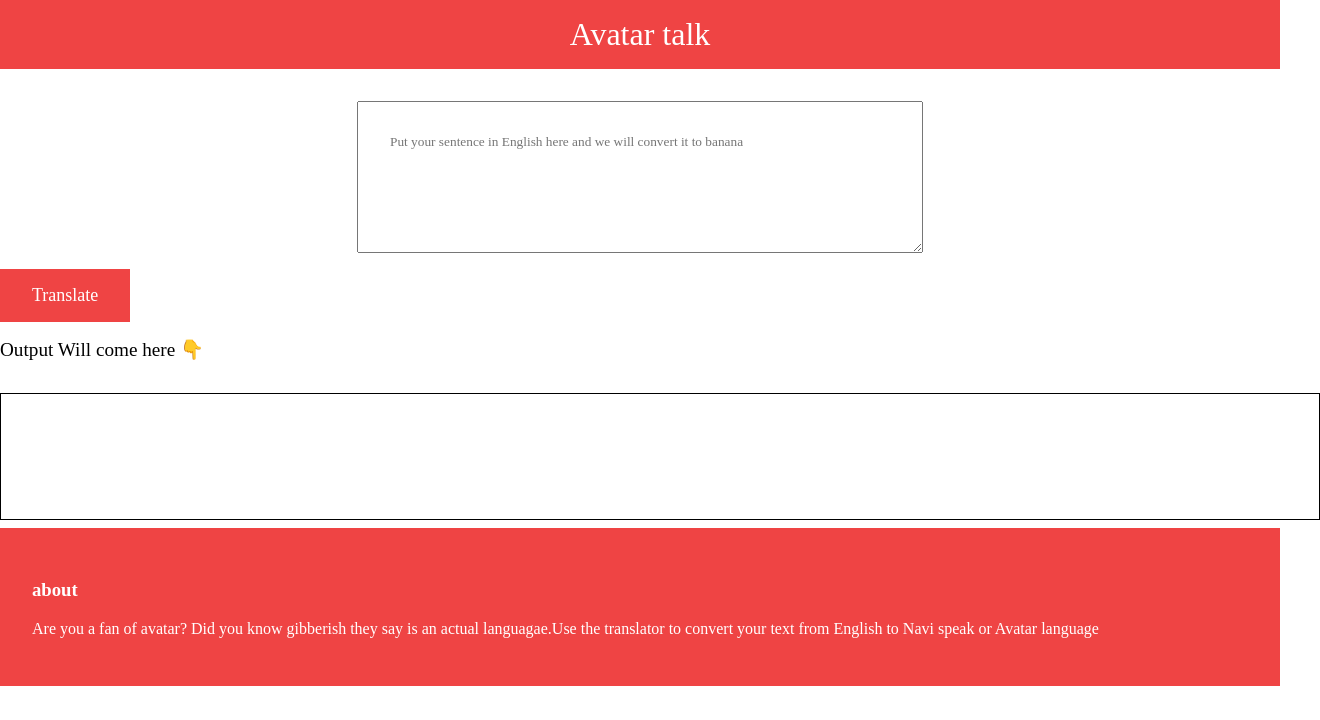
Repository: sohan2503001/Avator-speak
Page: index.html
The author's editor kept a copy of each file at every save. The page is drawn from the files as they stood at one save, then again after a run of saves.
The browser window is 1280 px wide. The page is 1320 px wide, then 1280 px, so the pictures cover 1320 px, including what lies to the right of the window. The pictures show the whole page.

Above is the page before, as saved 2021-04-21 12:07:39.

### index.html
<!DOCTYPE html>
<html lang="en">

<head>
    <meta charset="UTF-8">
    <meta http-equiv="X-UA-Compatible" content="IE=edge">
    <meta name="viewport" content="width=device-width, initial-scale=1.0">
    <title>Avatar Speak</title>
    <link rel="stylesheet" href="style.css">
</head>

<body>
    <nav>
        <div class="head">Avatar talk</div>
    </nav>

    <main>
        <textarea id="txt-input"
            placeholder="Put your sentence in English here and we will convert it to banana"></textarea>
        <button id="btn-translate">Translate</button>
        <div style="font-size: larger;">Output Will come here 👇</div>
        <div id="output"></div>
    </main>


    <footer class="footer">
        <h3 class="footer-head">about</h3>
        <p class="footer-p">Are you a fan of avatar? Did you know gibberish they
            say is an actual languagae.Use the translator to convert
            your text from English to Navi speak or Avatar language</p>
    </footer>
    <script src="app.js" type="text/javascript"></script>
</body>

</html>

### style.css
@import url('https://fonts.googleapis.com/css2?family=Ubuntu+Mono:ital@1&display=swap');

:root{
    --primary-color:#EF4444;
    --width-break:600px
}

body{
    margin: 0;
    font-family: 'Ubuntu' , cursive;
}

/**header**/
nav{
    background-color: var(--primary-color);
    text-align: center;
}

.head{
    font-size: 2rem;
    padding: 1rem;
    color: white;
}

/**Center**/
main{
    mar
}

textarea{
    width: 80%;
    max-width: 500px;
    height: 12vh;
    display: block;
    margin: auto;
    margin-top: 2rem;
    padding: 2rem;
    font-family: inherit;
}

#btn-translate{
    padding: 1rem 2rem;
    margin: 1rem 0rem;
    background-color: var(--primary-color);
    border: none;
    color: white;
    box-sizing: border-box;
    display: inline-block;
    text-align: center;
    font-family: 'Ubuntu' , cursive;
    font-size: large;
}

#output{
    border: 1px solid black;
    height: 12vh;
    width: 100%;
    margin: auto;
    margin-top: 2rem;
    margin-bottom: 0.5rem;
    padding: 1.2rem;
}

/**footer**/

footer{
    background-color: var(--primary-color);
    margin: 0;
    padding: 2rem;
}

.footer-head{
    color: white;
}

.footer-p{
    color: white;
}

### app.js
var btnTranslate = document.querySelector("#btn-translate");
var txtInput = document.querySelector("#txt-input");
var outputDiv = document.querySelector("#output");

var serverURL = "https://api.funtranslations.com/translate/navi.json"

function getTranslationURL(text) {
    return serverURL + "?" + "text=" + text
}

function clickHandler() {
    var inputText = txtInput.value;
    fetch(getTranslationURL(inputText))
        .then(response => response.json())
        .then(json => {
            var translatedText = json.contents.translated;
            outputDiv.innerHTML = translatedText;
        })
};

btnTranslate.addEventListener("click", clickHandler);

After the next 6 saves:
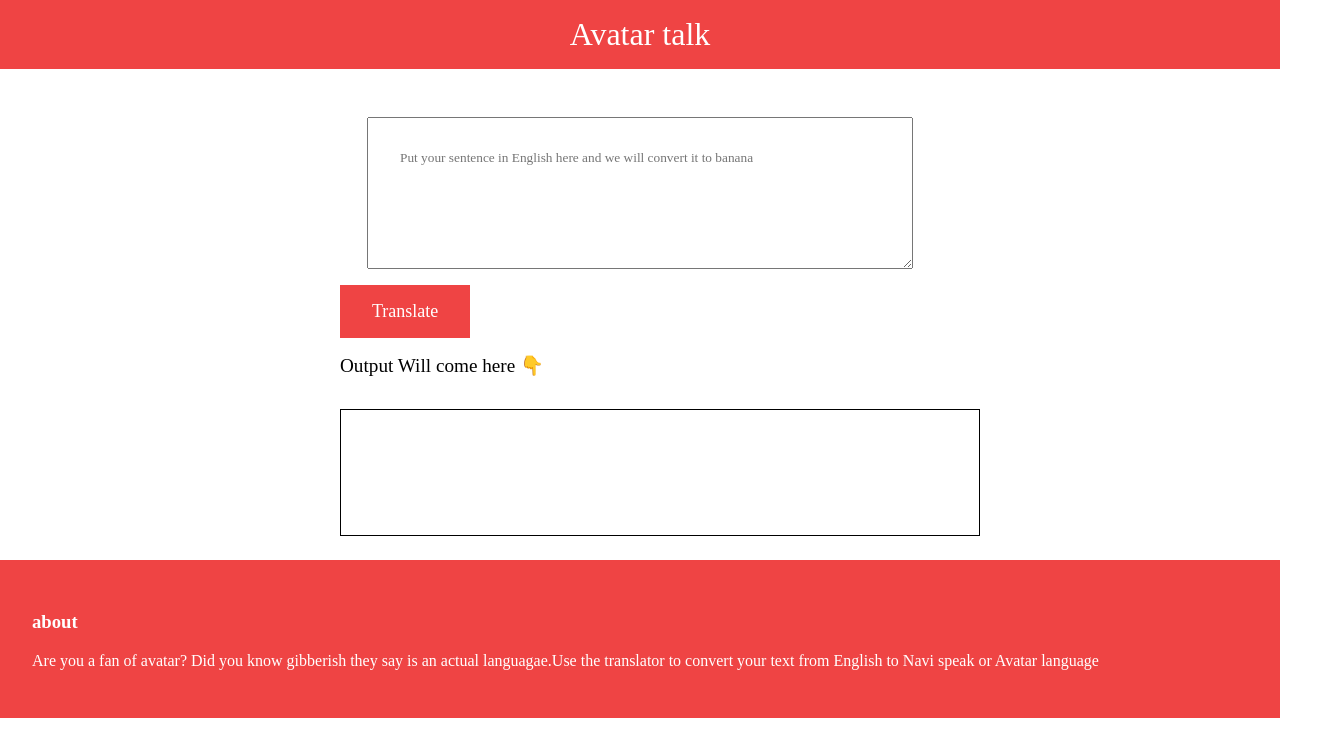
The 6 saves are shown as one change because they came seconds apart.
The last was saved 17 s later.
--- a/style.css
+++ b/style.css
@@ -24,7 +24,9 @@
 
 /**Center**/
 main{
-    mar
+    margin: auto;
+    padding: 1rem;
+    max-width: var(--width-break);
 }
 
 textarea{
